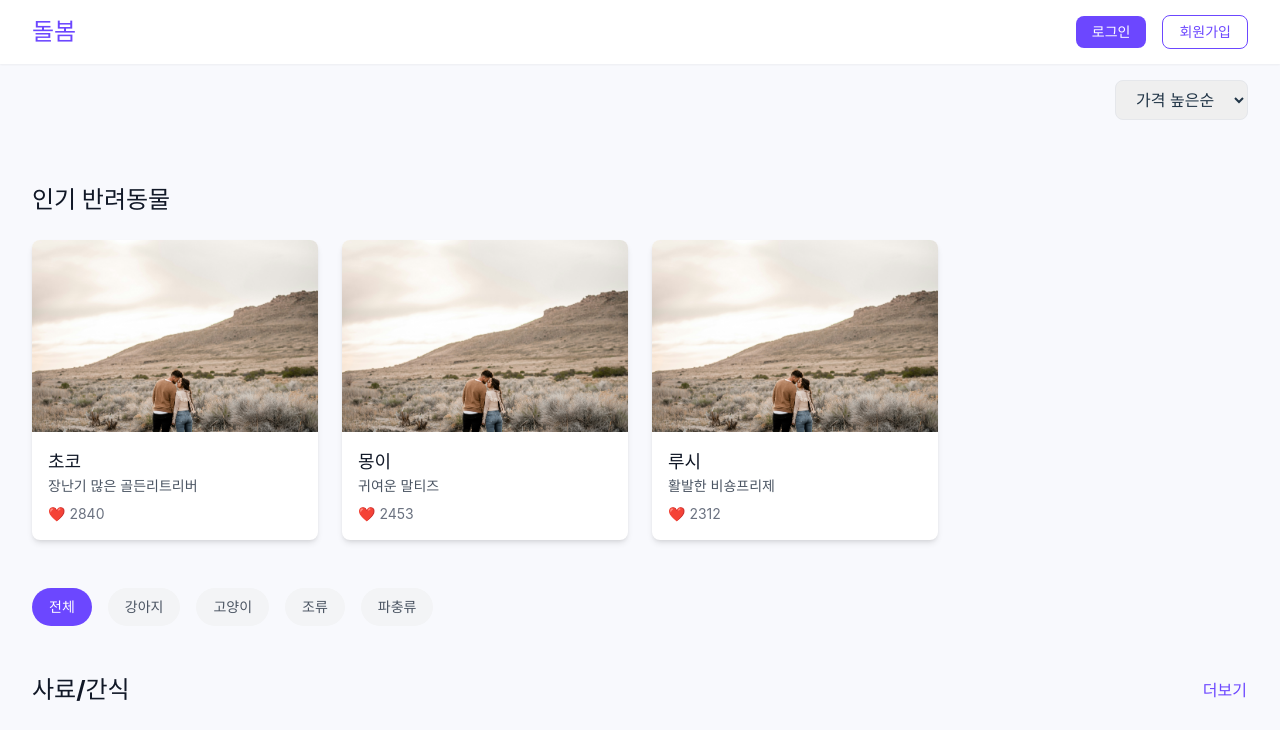
Repository: kksshh0612/pet-care-client
Page: /service
The author's editor kept a copy of each file at every save. The page is drawn from the files as they stood at one save, then again after the next save.
The browser window is 1280 px wide. The pictures show the whole page.
The page's requests for data from a server got no answer. The project was rebuilt for these pictures with package versions that can differ from the ones it lists, and the page was loaded fresh each time. No one was signed in, and anything a server would have sent is missing. Also part of the build but not shown: vite.config.js, src/components/MainPage.vue, src/components/MemberLogin.vue, src/components/SignUp.vue, src/components/modals/ChangePasswordModal.vue, src/components/modals/EditProfileModal.vue, src/components/modals/WithdrawModal.vue, src/components/modals/PetSitterRegisterModal.vue and 6 more.

Above is the page before, as saved 2025-02-18 10:28:13.

After the next save:
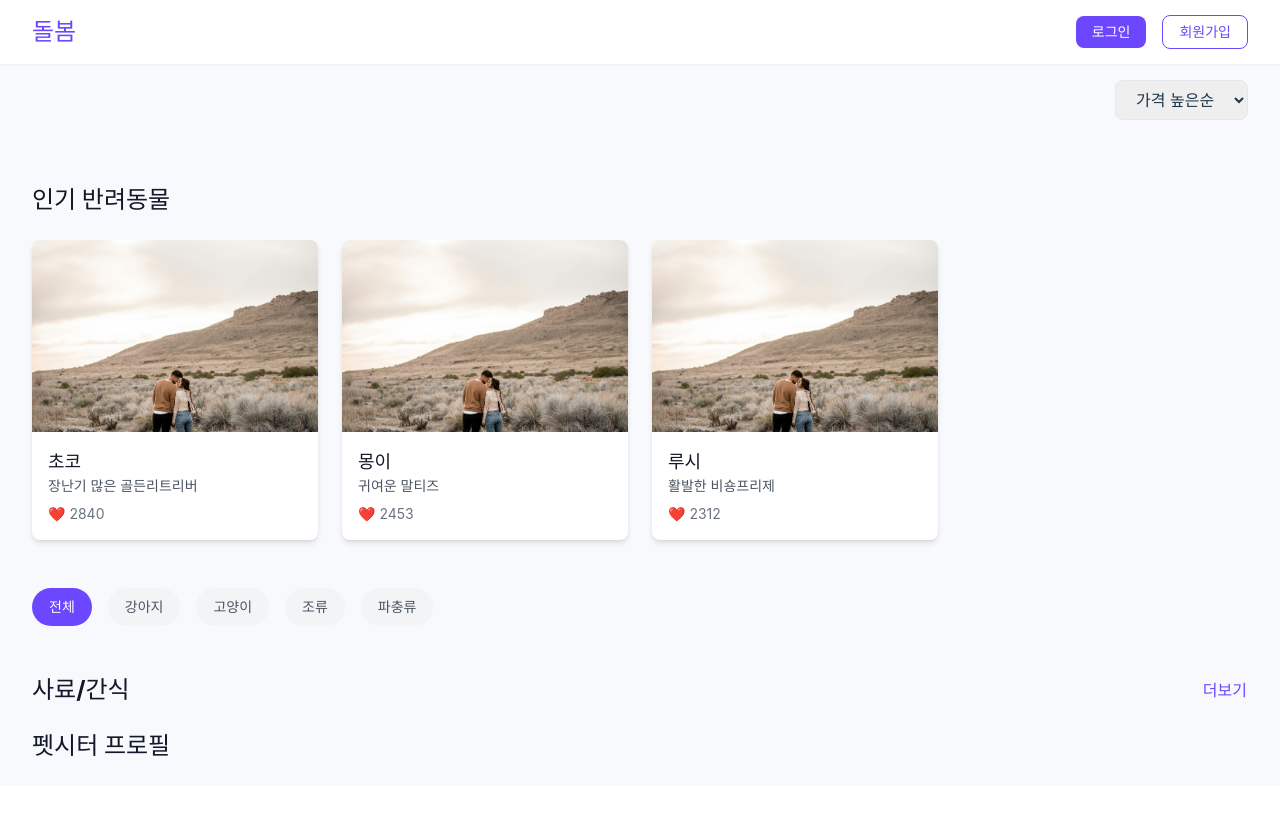
Saved 6 min 0 s later.
--- a/src/components/ServicePage.vue
+++ b/src/components/ServicePage.vue
@@ -151,6 +151,86 @@
                 <h3 class="text-lg font-bold text-gray-900">{{ product.name }}</h3>
                 <p class="text-sm text-gray-600">{{ product.description }}</p>
                 <p class="mt-2 text-lg font-bold text-[#6C47FF]">{{ formatPrice(product.price) }}원</p>
+              </div>
+            </div>
+          </div>
+        </div>
+      </div>
+
+      <!-- 펫시터 프로필 목록 섹션 -->
+      <div class="mb-12">
+        <h2 class="text-2xl font-bold text-gray-900 mb-6">펫시터 프로필</h2>
+        <div class="grid grid-cols-1 md:grid-cols-2 lg:grid-cols-3 gap-6">
+          <div v-for="profile in petSitterProfiles" :key="profile.id"
+               class="bg-white rounded-xl shadow-sm hover:shadow-md transition-shadow p-6 space-y-6">
+            <!-- 기본 정보 -->
+            <div class="space-y-4">
+              <div>
+                <h3 class="text-sm font-medium text-gray-500 mb-1">활동 지역</h3>
+                <p class="text-gray-900">{{ profile.location }}</p>
+              </div>
+              <div>
+                <h3 class="text-sm font-medium text-gray-500 mb-1">돌봄 가능 요일</h3>
+                <div class="flex flex-wrap gap-2">
+                  <span
+                    v-for="day in profile.availableDays"
+                    :key="day"
+                    class="px-2 py-1 bg-[#F3F0FF] text-[#6C47FF] rounded-full text-xs"
+                  >
+                    {{ getDayLabel(day) }}
+                  </span>
+                </div>
+              </div>
+              <div>
+                <h3 class="text-sm font-medium text-gray-500 mb-1">돌봄 가능한 반려동물</h3>
+                <div class="flex flex-wrap gap-2">
+                  <span
+                    v-for="type in profile.petTypes"
+                    :key="type"
+                    class="px-2 py-1 bg-[#F3F0FF] text-[#6C47FF] rounded-full text-xs"
+                  >
+                    {{ getPetTypeLabel(type) }}
+                  </span>
+                </div>
+              </div>
+              <div>
+                <h3 class="text-sm font-medium text-gray-500 mb-1">요금</h3>
+                <p class="text-[#6C47FF] font-bold">{{ formatPrice(profile.fee) }}원</p>
+              </div>
+            </div>
+
+            <!-- 자기소개 및 통계 -->
+            <div class="space-y-4">
+              <div>
+                <h3 class="text-sm font-medium text-gray-500 mb-1">자기소개</h3>
+                <p class="text-gray-900 text-sm">{{ profile.introduction }}</p>
+              </div>
+              <div>
+                <h3 class="text-sm font-medium text-gray-500 mb-1">보유 자격증</h3>
+                <div class="flex flex-wrap gap-2">
+                  <span
+                    v-for="cert in profile.certificationNames"
+                    :key="cert"
+                    class="text-[#6C47FF] text-sm"
+                  >
+                    {{ cert }}
+                  </span>
+                </div>
+              </div>
+            </div>
+
+            <!-- 통계 -->
+            <div class="grid grid-cols-2 gap-4">
+              <div class="bg-gray-50 rounded-lg p-4 text-center">
+                <p class="text-gray-500 text-sm mb-1">평균 평점</p>
+                <div class="flex items-center justify-center gap-1">
+                  <span class="text-yellow-400">★</span>
+                  <span class="text-xl font-bold text-gray-900">{{ profile.averageRating.toFixed(1) }}</span>
+                </div>
+              </div>
+              <div class="bg-gray-50 rounded-lg p-4 text-center">
+                <p class="text-gray-500 text-sm mb-1">총 돌봄 횟수</p>
+                <p class="text-xl font-bold text-gray-900">{{ profile.totalServiceCount }}회</p>
               </div>
             </div>
           </div>
@@ -266,7 +346,8 @@ export default {
         'SMALL': '소형견(10kg이하)',
         'MEDIUM': '중형견(10kg~25kg)',
         'LARGE': '대형견(25kg초과)'
-      }
+      },
+      petSitterProfiles: []
     }
   },
   computed: {
@@ -357,10 +438,38 @@ export default {
           amount: this.selectedService.fee
         }
       })
+    },
+    async fetchPetSitterProfiles() {
+      try {
+        const response = await axios.get('/api/v1/pet-sitter/list')
+        this.petSitterProfiles = response.data.petSitterProfiles
+      } catch (error) {
+        console.error('펫시터 프로필 목록 조회 실패:', error)
+      }
+    },
+    getDayLabel(day) {
+      const labels = {
+        'MON': '월', 'TUE': '화', 'WED': '수',
+        'THU': '목', 'FRI': '금', 'SAT': '토', 'SUN': '일'
+      }
+      return labels[day] || day
+    },
+    getPetTypeLabel(type) {
+      const labels = {
+        'DOG': '강아지',
+        'CAT': '고양이',
+        'RABBIT': '토끼',
+        'HAMSTER': '햄스터',
+        'PARROT': '앵무새'
+      }
+      return labels[type] || type
     }
   },
   async created() {
-    await this.fetchPetSitterServices()
+    await Promise.all([
+      this.fetchPetSitterServices(),
+      this.fetchPetSitterProfiles()
+    ])
   }
 }
 </script>
